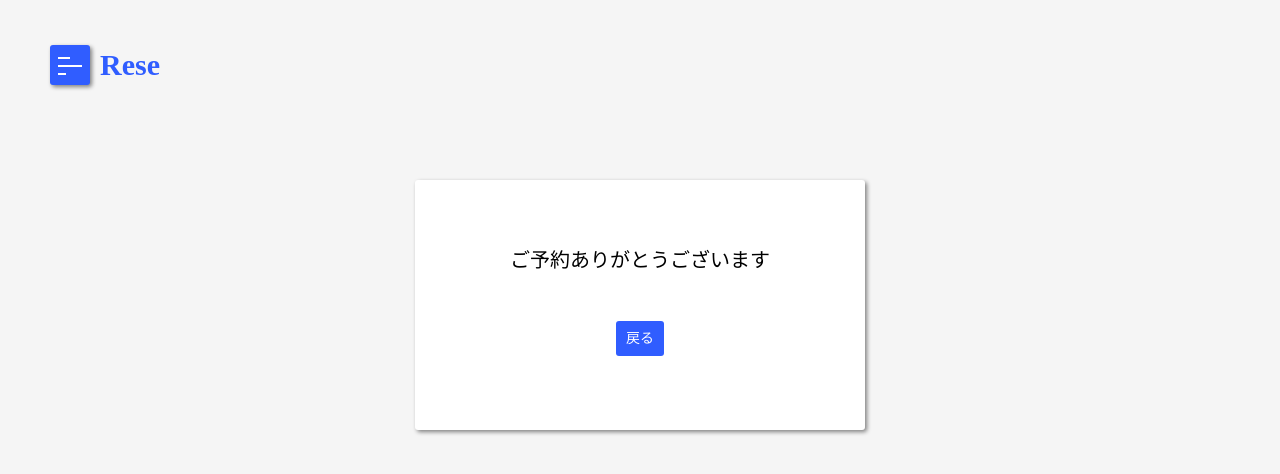
Repository: Haruka-Wada/Rese
Page: http://localhost/done
The author's editor kept a copy of each file at every save. The page is drawn from the files as they stood at one save, then again after the next save.
The browser window is 1280 px wide. The pictures show the whole page.
The page is served by the project's Laravel application, run on PHP 8.4 with Laravel 8. Other server files are loaded and not shown.

Above is the page before, as saved 2024-10-28 14:36:50.

### src/routes/web.php
<?php

use App\Http\Controllers\ReseController;
use Illuminate\Support\Facades\Route;

/*
|--------------------------------------------------------------------------
| Web Routes
|--------------------------------------------------------------------------
|
| Here is where you can register web routes for your application. These
| routes are loaded by the RouteServiceProvider within a group which
| contains the "web" middleware group. Now create something great!
|
*/

Route::get('/', [ReseController::class, 'index']);
Route::get('/done', [ReseController::class, 'done']);

### src/app/Http/Controllers/ReseController.php
<?php

namespace App\Http\Controllers;

use Illuminate\Http\Request;

class ReseController extends Controller
{
    function index() {
        return view('shop_all');
    }

    function done() {
        return view('done');
    }
}

### src/resources/views/done.blade.php
@extends('layouts.app')

@section('css')
<link rel="stylesheet" href="{{ asset('css/thanks_done.css') }}">
@endsection

@section('main')
<div class="main__container">
    <div class="main__text">
        <p>ご予約ありがとうございます</p>
    </div>
    <div class="main__login">
        <a class="main__login-button" href="./">戻る</a>
    </div>
</div>
@endsection

### src/resources/views/layouts/app.blade.php
<!DOCTYPE html>
<html lang="ja">

<head>
    <meta charset="UTF-8">
    <meta name="viewport" content="width=device-width, initial-scale=1.0">
    <title>Rese</title>
    <link rel="stylesheet" href="{{ asset('css/sanitize.css') }}">
    <link rel="stylesheet" href="{{ asset('css/app.css') }}">
    @yield('css')
    <script src="https://ajax.googleapis.com/ajax/libs/jquery/3.3.1/jquery.min.js"></script>
</head>

<body>
    <header>
        <div class="header">
            <div class="header__hamburger">
                <span></span>
                <span></span>
                <span></span>
            </div>
            <h1 class="header__logo">Rese</h1>
        </div>
        <div class="body_overlay">
            <ul class="hamburger__menu">
                <li><a href="/" class="hamburger__menu-link">HOME</a></li>
                @if(Auth::check())
                <li>
                    <form action="/logout" method="post">
                        @csrf
                        <button class="hamburger__menu-logout">Logout</button>
                    </form>
                </li>
                <li><a href="/" class="hamburger__menu-link">Mypage</a></li>
                @else
                <li><a href="/register" class="hamburger__menu-link registration">Registration</a></li>
                <li><a href="/login" class="hamburger__menu-link">Login</a></li>
                @endif
            </ul>
        </div>
    </header>
    <main>
        @yield('main')
    </main>

    <script type="text/javascript">
        $(function() {
            $('.header__hamburger').click(function() {
                $('.header__hamburger,.hamburger__menu,.header__logo').toggleClass('active');
            });
        });
    </script>
</body>

</html>

### src/public/css/sanitize.css
/*
html5doctor.com Reset Stylesheet
v1.6.1
Last Updated: 2010-09-17
Author: Richard Clark - http://richclarkdesign.com
Twitter: @rich_clark
*/

html,
body,
div,
span,
object,
iframe,
h1,
h2,
h3,
h4,
h5,
h6,
p,
blockquote,
pre,
abbr,
address,
cite,
code,
del,
dfn,
em,
img,
ins,
kbd,
q,
samp,
small,
strong,
sub,
sup,
var,
b,
i,
dl,
dt,
dd,
ol,
ul,
li,
fieldset,
form,
label,
legend,
table,
caption,
tbody,
tfoot,
thead,
tr,
th,
td,
article,
aside,
canvas,
details,
figcaption,
figure,
footer,
header,
hgroup,
menu,
nav,
section,
summary,
time,
mark,
audio,
video {
    margin: 0;
    padding: 0;
    border: 0;
    outline: 0;
    font-size: 100%;
    vertical-align: baseline;
    background: transparent;
}

body {
    line-height: 1;
}

article,
aside,
details,
figcaption,
figure,
footer,
header,
hgroup,
menu,
nav,
section {
    display: block;
}

nav ul {
    list-style: none;
}

blockquote,
q {
    quotes: none;
}

blockquote:before,
blockquote:after,
q:before,
q:after {
    content: '';
    content: none;
}

a {
    margin: 0;
    padding: 0;
    font-size: 100%;
    vertical-align: baseline;
    background: transparent;
}

/* change colours to suit your needs */
ins {
    background-color: #ff9;
    color: #000;
    text-decoration: none;
}

/* change colours to suit your needs */
mark {
    background-color: #ff9;
    color: #000;
    font-style: italic;
    font-weight: bold;
}

del {
    text-decoration: line-through;
}

abbr[title],
dfn[title] {
    border-bottom: 1px dotted;
    cursor: help;
}

table {
    border-collapse: collapse;
    border-spacing: 0;
}

/* change border colour to suit your needs */
hr {
    display: block;
    height: 1px;
    border: 0;
    border-top: 1px solid #cccccc;
    margin: 1em 0;
    padding: 0;
}

input,
select {
    vertical-align: middle;
}

### src/public/css/app.css
body {
    background-color: whitesmoke;
    width: 100vw;
    height: 100vh;
    overflow-x: hidden;
}

.header {
    height: 10%;
    margin: 0 auto;
    display: flex;
    align-items: center;
    padding: 50px;
    position: relative
}

.test_box:after {
    position: absolute;
    content: '';
    top: 0;
    left: 0;
    background: #338DC9;
    width: 100%;
    height: 100%;
    z-index: -1;
}

.header__logo {
    color: #305DFF;
    font-size: 30px;
    position: relative;
    left: 50px;
    transition: .5s;
}

.header__hamburger {
    width: 40px;
    height: 40px;
    position: relative;
    position: fixed;
    background-color: #305DFF;
    border-radius: 3px;
    box-shadow: 2px 2px 4px gray;
}

.header__hamburger span {
    position: absolute;
    height: 2px;
    background-color: white;
    transition: .5s;
}

.header__hamburger span:first-of-type {
    width: 30%;
    top: 30%;
    left: 20%;
}

.header__hamburger span:nth-of-type(2) {
    width: 60%;
    top: 50%;
    left: 20%;
}

.header__hamburger span:last-of-type {
    width: 20%;
    top: 70%;
    left: 20%;
}

.hamburger__menu {
    background-color: white;
    width: 100%;
    padding: 100px 0;
    position: fixed;
    top: 130px;
    left: 0;
    transform: translateX(-100%);
    transition: .5s;
}

.hamburger__menu li {
    text-align: center;
    list-style: none;
    line-height: 300%;
}

.hamburger__menu-link {
    color: #305DFF;
    font-size: 25px;
    text-decoration: none;
    font-weight: 550;
}

.hamburger__menu-logout {
    border: none;
    outline: none;
    background-color: white;
    color: #305DFF;
    font-size: 25px;
    margin: 20px;
}

.registration {
    display: block;
    margin: 20px;
}

.header__hamburger.active span:first-of-type {
    top: 50%;
    width: 60%;
    transform: rotate(45deg);
}

.header__hamburger.active span:nth-of-type(2) {
    opacity: 0;
}

.header__hamburger.active span:last-of-type {
    top: 50%;
    width: 60%;
    transform: rotate(-45deg);
}

.hamburger__menu.active {
    transform: translateX(0);
    z-index: 1;
}

.overlay {
    background-color: white;
    position: absolute;
    top: 0;
    left: 0;
    display: block;
    width: 100%;
    height: 100%;
    transform: translateX(-100%);
    transition: .5s;
}

.overlay.active {
    transform: translateX(0);
}

.header__logo.active {
    visibility: hidden;
}

### src/public/css/thanks_done.css
.main__container {
    width: 450px;
    height: 250px;
    margin: 50px auto;
    background-color: white;
    border-radius: 3px;
    box-shadow: 2px 2px 4px gray;
}

.main__text {
    text-align: center;
    font-size: 20px;
    padding: 70px 0 60px;
}

.main__login {
    text-align: center;
}

.main__login-button {
    text-decoration: none;
    background-color: #305DFF;
    color: white;
    padding: 10px;
    border-radius: 3px;
    font-size: 14px;
}

Loaded but not shown: src/app/Http/Controllers/Controller.php (common file)

After the next save:
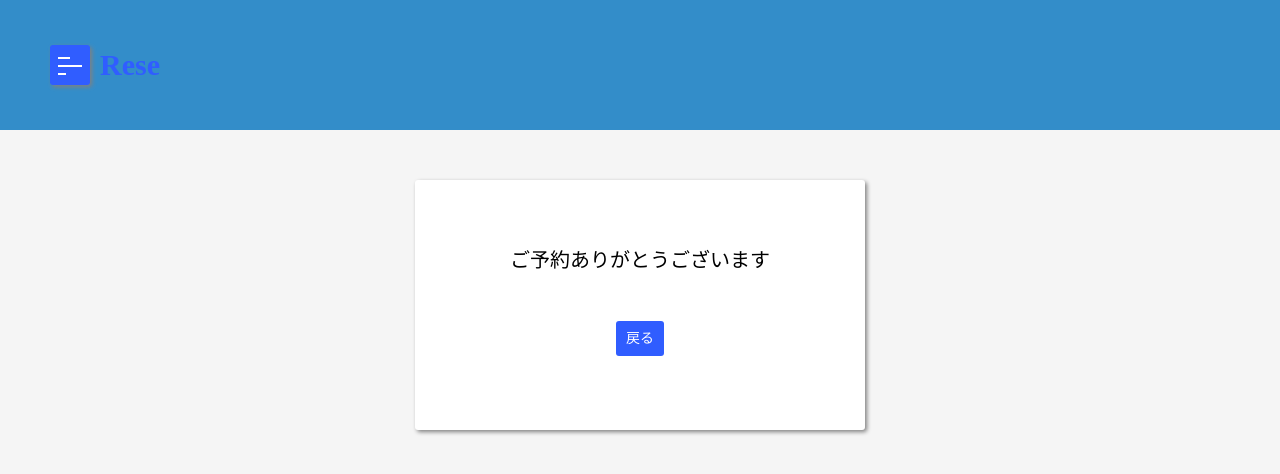
Saved 5 s later.
--- a/src/public/css/app.css
+++ b/src/public/css/app.css
@@ -14,7 +14,7 @@ body {
     position: relative
 }
 
-.test_box:after {
+.header:after {
     position: absolute;
     content: '';
     top: 0;

After the 2 saves that followed:
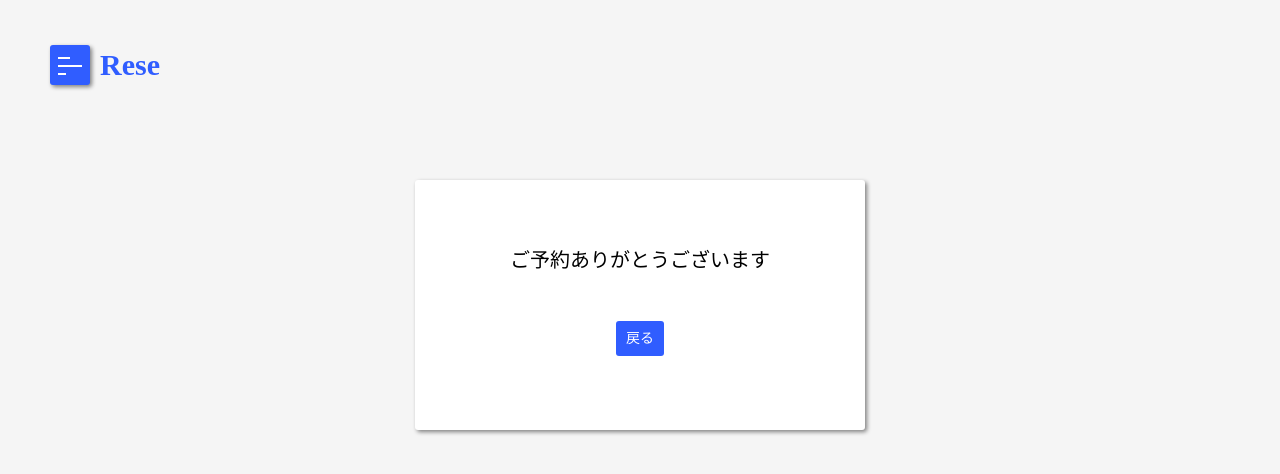
The 2 saves are shown as one change because they came seconds apart.
The last was saved 25 s later.
--- a/src/public/css/app.css
+++ b/src/public/css/app.css
@@ -19,7 +19,7 @@ body {
     content: '';
     top: 0;
     left: 0;
-    background: #338DC9;
+    background: #white;
     width: 100%;
     height: 100%;
     z-index: -1;
